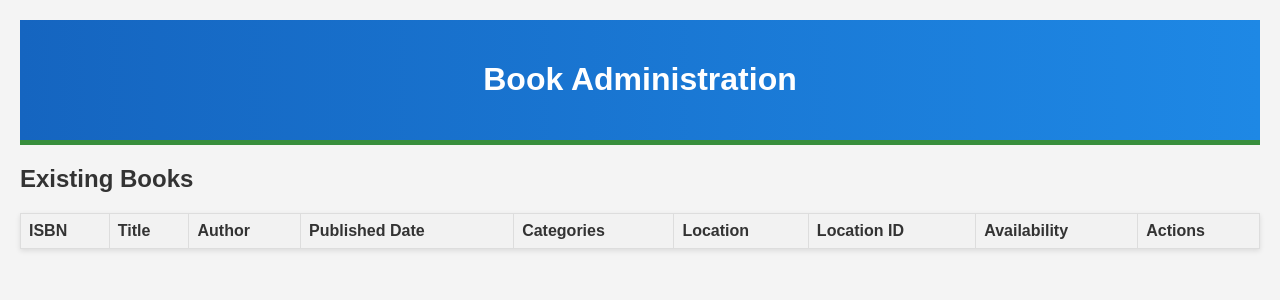
Repository: grebail/Comp-FYP
Page: public/book_admin.html
An editor plug-in stored every save of this project. The page is shown before and after the next save, followed by the edit.
The browser window is 1280 px wide. The pictures show the whole page.
The page's requests for data from a server got no answer.

Above is the page before, as saved 2025-02-12 18:19:00.

After the next save:
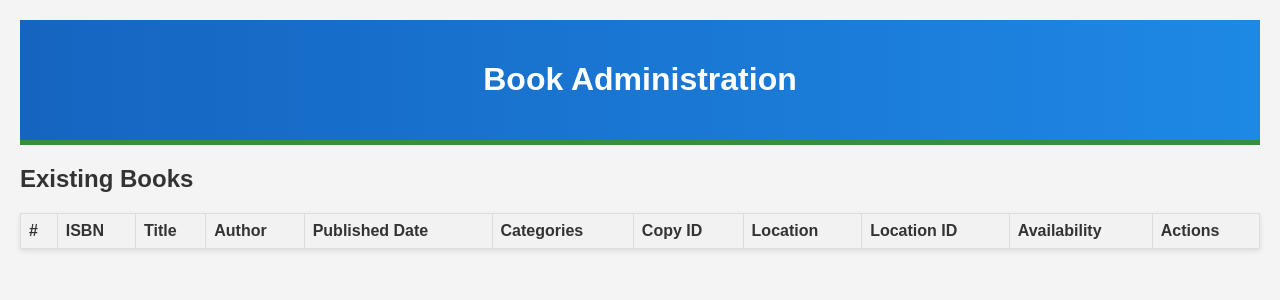
Saved 101 s later.
--- a/public/book_admin.html
+++ b/public/book_admin.html
@@ -85,11 +85,13 @@
             <table id="booksTable">
                 <thead>
                     <tr>
+                        <th>#</th>
                         <th>ISBN</th>
                         <th>Title</th>
                         <th>Author</th>
                         <th>Published Date</th>
                         <th>Categories</th>
+                        <th>Copy ID</th>
                         <th>Location</th>
                         <th>Location ID</th>
                         <th>Availability</th>
@@ -110,16 +112,18 @@
 
             Object.keys(groupedBooks).forEach(isbn => {
                 const group = groupedBooks[isbn];
+                let copyIndex = 1; // Start numbering copies for this group
 
                 // Add a group header row (shared details for all copies of the book)
                 tbody.append(`
                     <tr class="group-row">
+                        <td></td>
                         <td>${isbn}</td>
                         <td>${group.title || 'N/A'}</td>
                         <td>${group.authors.join(', ') || 'N/A'}</td>
                         <td>${group.publishedDate || 'N/A'}</td>
                         <td>${group.categories.join(', ') || 'N/A'}</td>
-                        <td colspan="4"></td>
+                        <td colspan="5"></td>
                     </tr>
                 `);
 
@@ -127,7 +131,13 @@
                 group.copies.forEach(copy => {
                     tbody.append(`
                         <tr>
-                            <td colspan="5"></td>
+                            <td>${copyIndex++}.</td>
+                            <td colspan="1"></td>
+                            <td colspan="1"></td>
+                            <td colspan="1"></td>
+                            <td colspan="1"></td>
+                            <td colspan="1"></td>
+                            <td>${copy.copyId}</td>
                             <td><input type="text" class="location-input" value="${copy.bookLocation}" disabled></td>
                             <td><input type="text" class="location-id-input" value="${copy.locationId}" disabled></td>
                             <td><input type="checkbox" class="availability-input" ${copy.availability ? 'checked' : ''} disabled></td>
